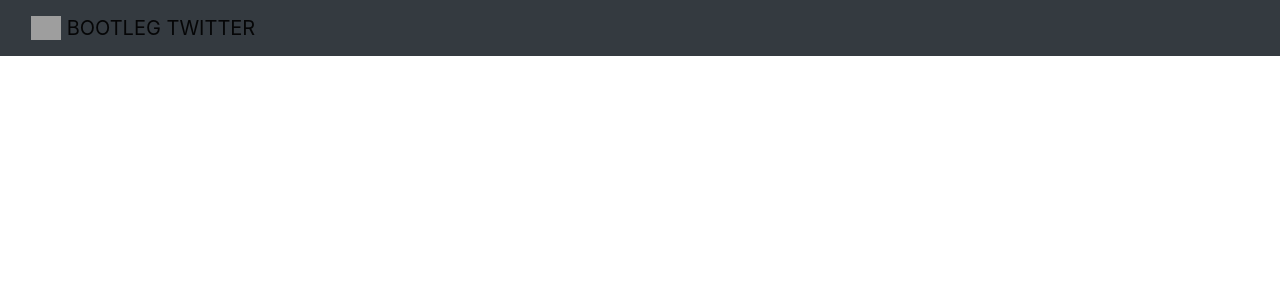
Repository: DavidDontKnow/BootlegTwitter
Page: html/FEED.HTML
The author's editor kept a copy of each file at every save. The page is drawn from the files as they stood at one save, then again after the next save.
The browser window is 1280 px wide. The pictures show the whole page.
Pictures or frames that could not be fetched are drawn as grey boxes.

Above is the page before, as saved 2023-04-06 10:50:15.

After the next save:
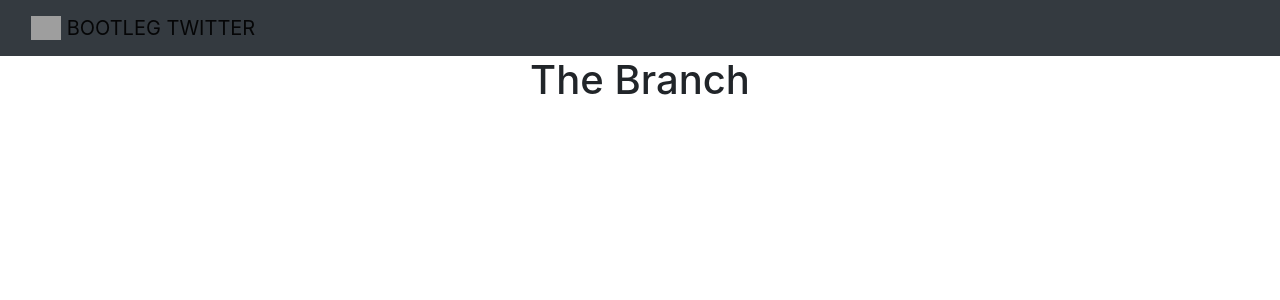
Saved 99 s later.
--- a/html/FEED.HTML
+++ b/html/FEED.HTML
@@ -32,6 +32,14 @@
         </div>
       </nav>
 
+      <div class="container">
+        <div class="row">
+            <div class="col-md-12">
+                <h1 class="text-center mb-5">The Branch</h1>
+            </div>
+        </div>
+      </div>
+
 
 <script src="https://cdn.jsdelivr.net/npm/bootstrap@5.3.0-alpha3/dist/js/bootstrap.min.js" integrity="sha384-Y4oOpwW3duJdCWv5ly8SCFYWqFDsfob/3GkgExXKV4idmbt98QcxXYs9UoXAB7BZ" crossorigin="anonymous"></script>
 </body>
